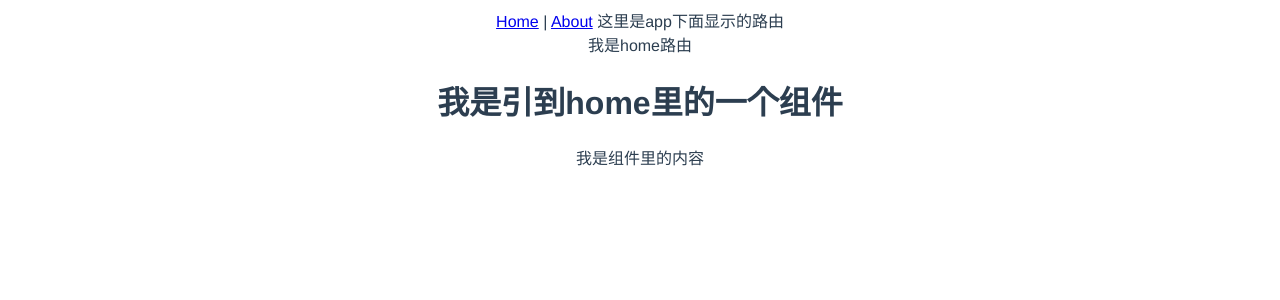
Repository: 12baby/project
Page: /
These files come from the project's save history. The page is drawn as it stood at one moment and after a run of saves; the edit follows.
The browser window is 1280 px wide. The pictures show the whole page.
The project was rebuilt for these pictures with package versions that can differ from the ones it lists, and the page was loaded fresh each time. Also part of the build but not shown: vue.config.js.

Above is the page before, as saved 2019-04-09 13:46:15.

After the next 3 saves:
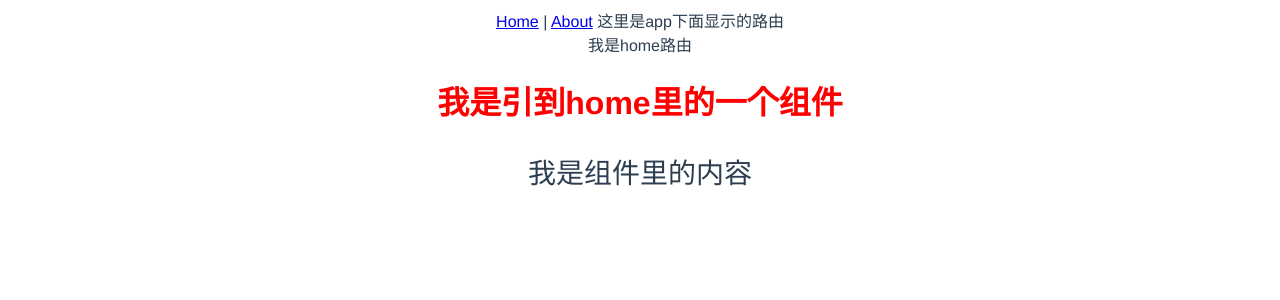
The 3 saves are shown as one change because 1 did not build or start and some came seconds apart.
The last was saved 12 s later.
--- a/src/components/HelloWorld/HelloWorld.vue
+++ b/src/components/HelloWorld/HelloWorld.vue
@@ -14,5 +14,5 @@ export default {
 };
 </script>
 <style scoped lang="less">
-
+@import url("../HelloWorld/less/index.less");
 </style>
